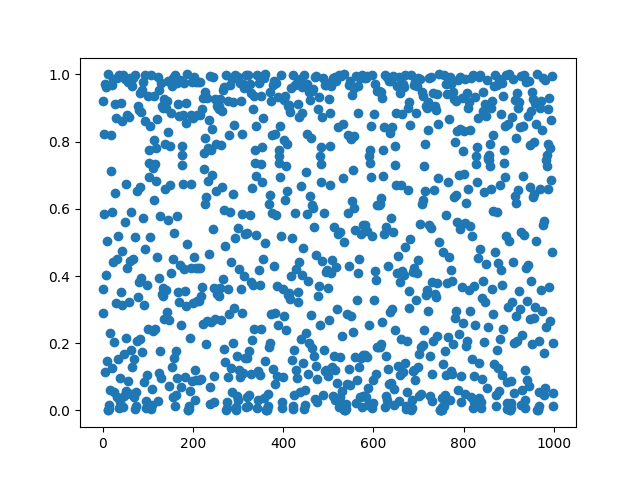
Repository: Nordenbox/Nordenbox_MachineLearning_Study
Script's output: python Playground.py
An editor plug-in stored every save of this project. The script's output is shown before and after the next save, followed by the edit.
Random numbers start from a fixed seed.

Above is the script's output before, as saved 2021-01-06 19:38:46.

After the next save:
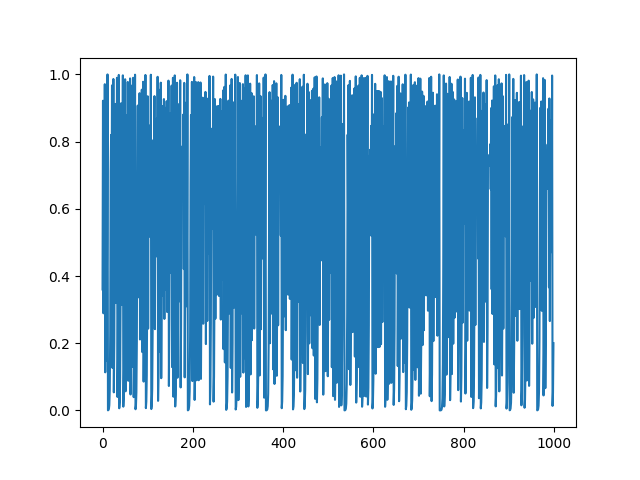
Saved 99 s later.
--- a/Playground.py
+++ b/Playground.py
@@ -11,5 +11,5 @@ for i in range(1000):
 x = np.array(list_x)
 y = np.array(list_y)
 
-plt.scatter(list_x, list_y)
+plt.plot(list_x, list_y)
 plt.show()
